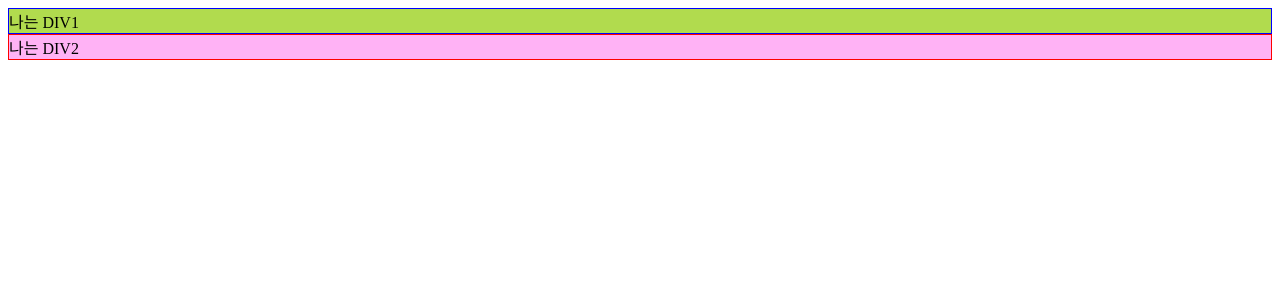
Repository: gold37/JAVA_HOME
Page: myjsp/myjsp/HTML5/WebContent/ch01_cssOrder/cssOrder.html
An editor plug-in stored every save of this project. The page is shown before and after the next save, followed by the edit.
The browser window is 1280 px wide. The pictures show the whole page.

Above is the page before, as saved 2020-04-22 03:31:19.

After the next save:
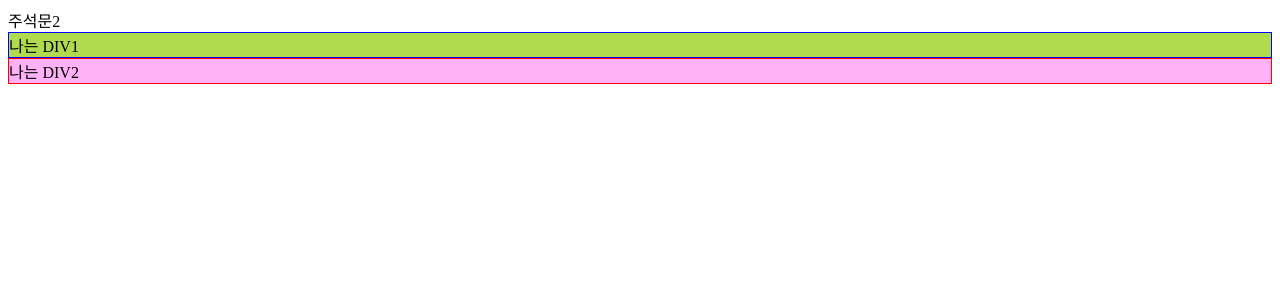
Saved 60 s later.
--- a/myjsp/myjsp/HTML5/WebContent/ch01_cssOrder/cssOrder.html
+++ b/myjsp/myjsp/HTML5/WebContent/ch01_cssOrder/cssOrder.html
@@ -4,9 +4,16 @@
 <meta charset="UTF-8">
 <title>Insert title here</title>
 
+<style type="text/css">
+
+주석문1
+
+</style>
+
+
 </head>
 <body>
-
+주석문2
 <div style="border: solid 1px blue; background-color: #B1DB4E;">나는 DIV1</div>
 <div style="border: solid 1px red; background-color: #FFB2F5;">나는 DIV2</div>
 

After the 2 saves that followed:
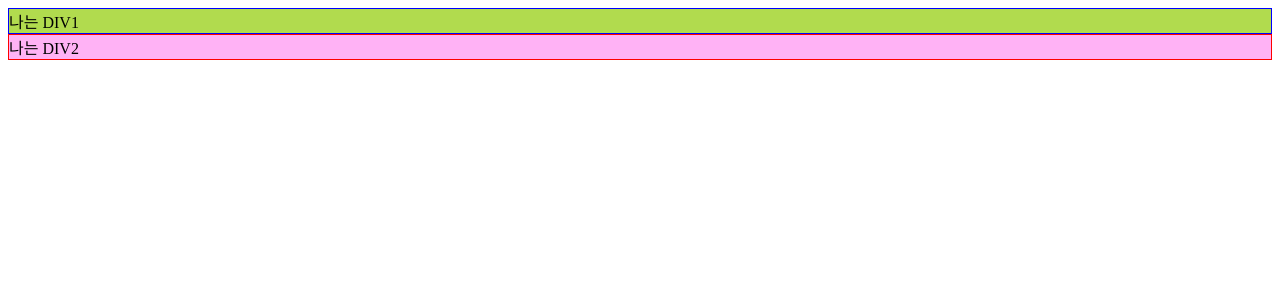
The 2 saves are shown as one change because 1 left the picture as it was.
The last was saved 33 s later.
--- a/myjsp/myjsp/HTML5/WebContent/ch01_cssOrder/cssOrder.html
+++ b/myjsp/myjsp/HTML5/WebContent/ch01_cssOrder/cssOrder.html
@@ -6,14 +6,14 @@
 
 <style type="text/css">
 
-주석문1
+
 
 </style>
 
 
 </head>
 <body>
-주석문2
+
 <div style="border: solid 1px blue; background-color: #B1DB4E;">나는 DIV1</div>
 <div style="border: solid 1px red; background-color: #FFB2F5;">나는 DIV2</div>
 
